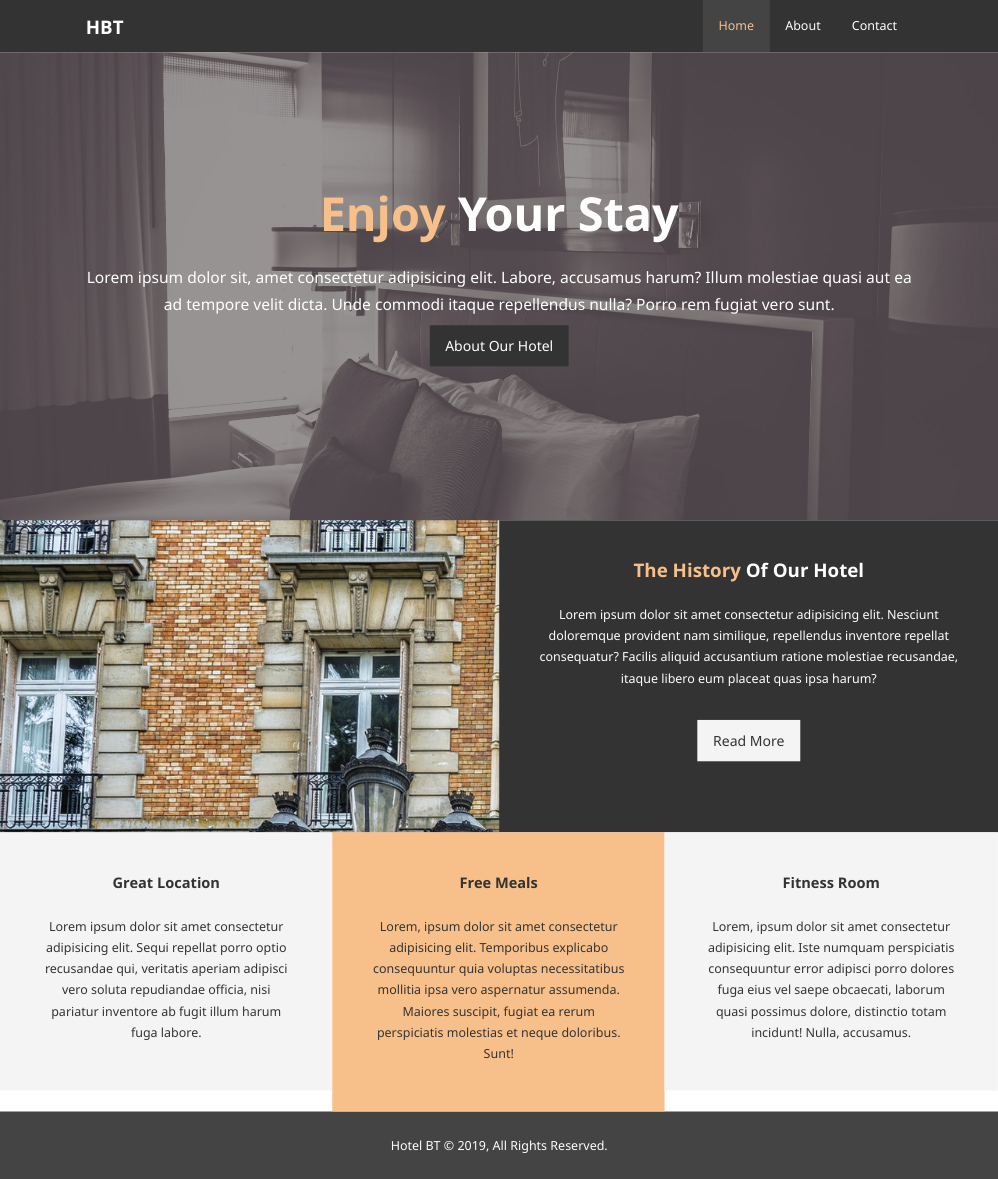
Repository: minhtien9/hotel-website
Page: about.html
The author's editor kept a copy of each file at every save. The page is drawn from the files as they stood at one save, then again after the next save.
The browser window is 1280 px wide. The pictures show the whole page, at 78% of full size.

Above is the page before, as saved 2021-08-14 18:06:13.

After the next save:
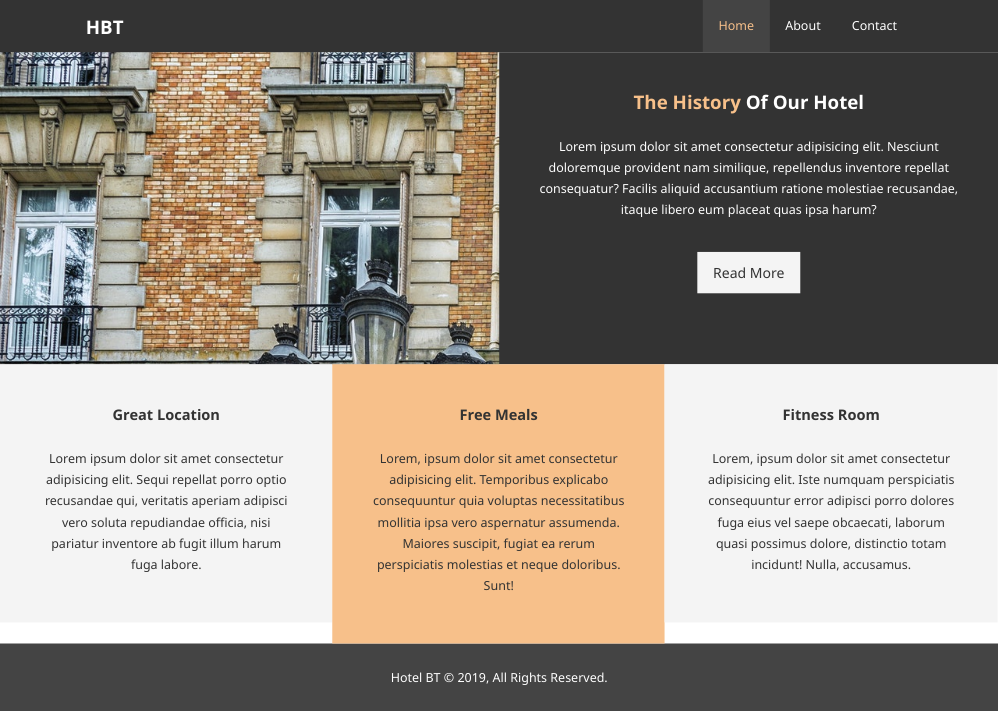
Saved 44 s later.
--- a/about.html
+++ b/about.html
@@ -9,7 +9,7 @@
     <meta name="keywords" content="hotel, boston hotel, new england hotel" />
 
     <link rel="stylesheet" href="css/style.css" />
-    <title>Hotel BT | Welcome</title>
+    <title>Hotel BT | About</title>
 </head>
 
 <body>
@@ -25,17 +25,6 @@
                 </ul>
             </div>
         </nav>
-        <div id="showcase">
-            <div class="container">
-                <div class="showcase-content">
-                    <h1><span class="text-primary">Enjoy </span>Your Stay</h1>
-                    <p class="lead">
-                        Lorem ipsum dolor sit, amet consectetur adipisicing elit. Labore, accusamus harum? Illum molestiae quasi aut ea ad tempore velit dicta. Unde commodi itaque repellendus nulla? Porro rem fugiat vero sunt.
-                    </p>
-                    <a class="btn" href="about.html">About Our Hotel</a>
-                </div>
-            </div>
-        </div>
     </header>
     <section id="home-info" class="bg-dark">
         <div class="info-img"></div>
